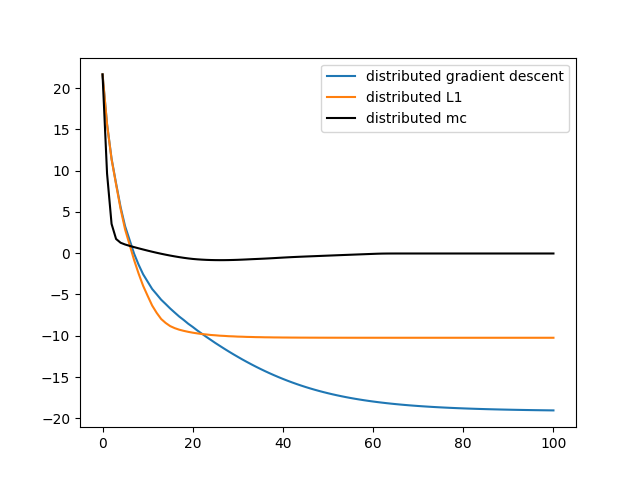
Repository: komuro-zero/distributed-optimization
Script's output: python main_weakly_sparse.py
These files come from the project's save history. The script's output is drawn as it stood at one moment and after the next save; the edit follows.
Random numbers start from a fixed seed.

Above is the script's output before, as saved 2019-09-27 09:41:01.

After the next save:
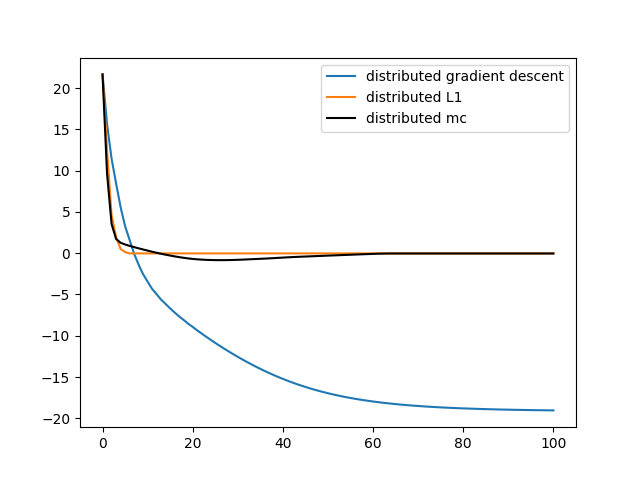
Saved 6 s later.
--- a/main_weakly_sparse.py
+++ b/main_weakly_sparse.py
@@ -54,7 +54,7 @@ class distributed_updates(functions):
         #self.distributed_L1_wj(U_all,d_all,w_star,L2,self.N,self.m,self.r_i,10**-4,0.24,self.iteration,c,w_all,wcl1)
         #self.distributed_mc_wj(U_all,d_all,w_star,L2,self.N,self.m,self.r_i,self.lamb,self.eta,self.rho,self.iteration,c,w_all,wcmc)
         self.distributed_gradient_descent(U_all,d_all,w_star,L2,self.N,self.m,self.r_i,0.17,self.iteration,c,w_all)
-        self.distributed_L1(U_all,d_all,w_star,L2,self.N,self.m,self.r_i,10**-2,0.17,self.iteration,c,w_all)
+        self.distributed_L1(U_all,d_all,w_star,L2,self.N,self.m,self.r_i,1,0.17,self.iteration,c,w_all)
         self.distributed_mc(U_all,d_all,w_star,L2,self.N,self.m,self.r_i,self.lamb,self.eta,self.rho,self.iteration,c,w_all)
 
         #error = [cgd[-1],cl1,cmc[-1],dgd[-1],dl1[-1],dmc[-1]]
